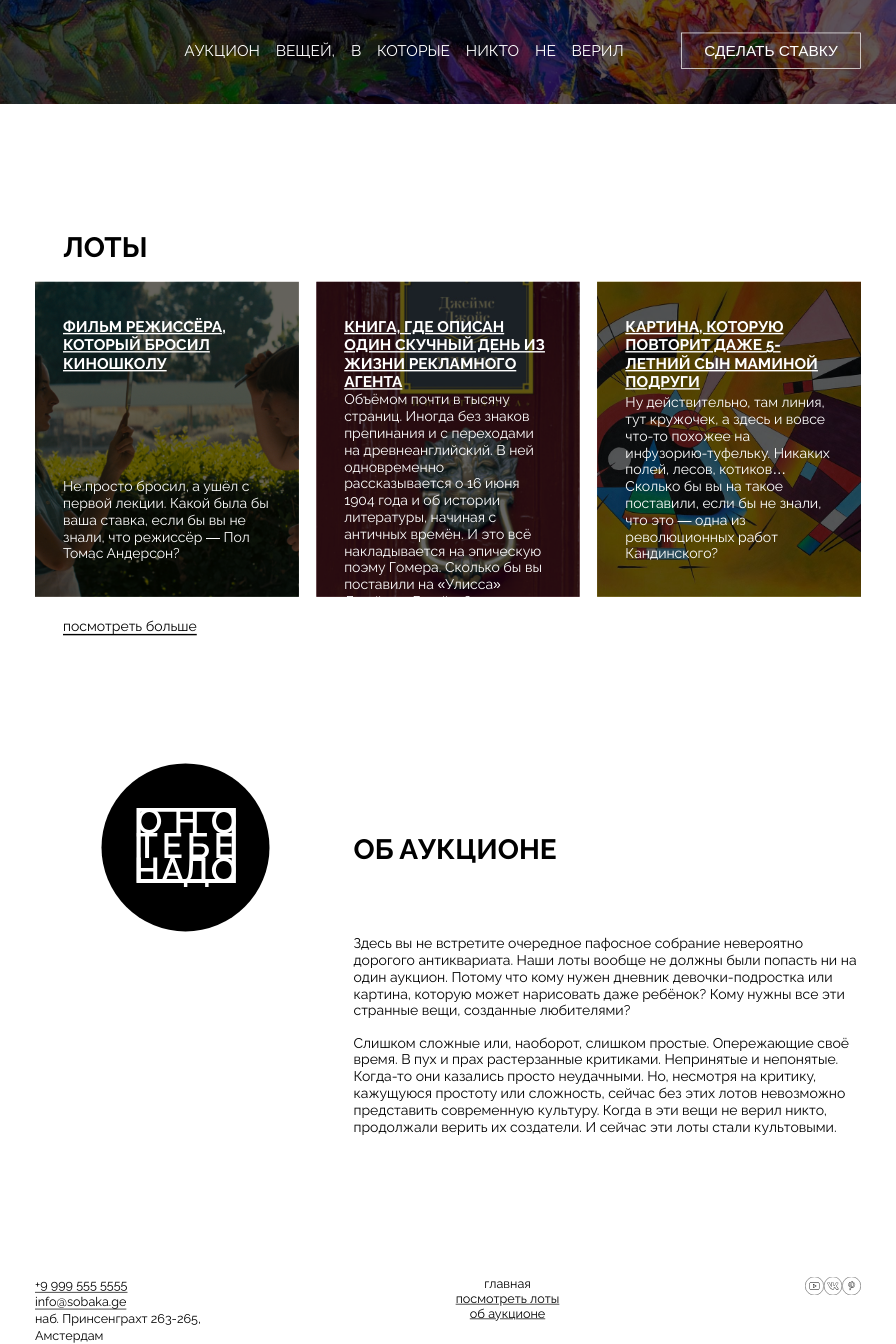
Repository: Hadoooouken/ono-tebe-nado
Page: index.html
An editor plug-in stored every save of this project. The page is shown before and after the next save, followed by the edit.
The browser window is 1280 px wide. The pictures show the part of the page from y = 902 to 2822 px (the page is 2822 px tall), at 70% of full size.

Above is the page before, as saved 2023-11-27 23:09:34.

### index.html
<!DOCTYPE html>
<html lang="ru">
  <head>
    <meta charset="UTF-8" />
    <meta http-equiv="X-UA-Compatible" content="IE=edge" />
    <meta name="viewport" content="width=device-width, initial-scale=1.0" />
    <link rel="stylesheet" href="./fonts/fonts.css" />
    <link rel="stylesheet" href="./styles/global.css" />
    <link rel="stylesheet" href="./styles/style.css" />
    <title>Оно тебе надо — аукцион вещей, в которые никто не верил</title>
  </head>
  <body>
    <header class="header section">
      <nav class="header__menu">
        <ul>
          <li class="header__links-list-item_no-bullit">
            <a href="#">главная</a>
          </li>
          <li><a href="#">посмотреть лоты</a></li>
          <li><a href="#">об аукционе</a></li>
        </ul>
      </nav>

      <div class="header__logo">
        <img src="/images/logo-black.svg" alt="Логотип" />
      </div>

      <div class="header__address">
        <div><a href="tel:+99995555555">+9 999 555 5555</a></div>
        <div><a href="mailto:info@sobaka.ge">info@sobaka.ge</a></div>
        <div>наб. Принсенграхт 263-265, Амстердам</div>
      </div>
    </header>

    <main>
      <section class="cover">
        <div class="overlay"></div>
        <h1 class="cover__title">
          <span class="align_left">он<span>о</span></span>
          <span class="align_center">теб<span>е</span></span>
          <span class="align_right"><span>н</span>адо</span>
        </h1>
        <div class="cover__description">
          <p class="divcover__description-text">
            Аукцион вещей, в которые никто не верил
          </p>
          <button class="bet-button">сделать ставку</button>
        </div>
      </section>

      <section class="lots section">
        <h2 class="lots__heading">лоты</h2>
        <ul class="lots__card-list">
          <li class="lots__card-list-item card_type_film">
            <div class="overlay"></div>
            <a class="card-link" href="#">
              <h3 class="card__title">
                Фильм режиссёра, который бросил киношколу
              </h3>
              <article class="card">
                <p class="card__text">
                  Не просто бросил, а ушёл с первой лекции. Какой была бы ваша
                  ставка, если бы вы не знали, что режиссёр — Пол Томас
                  Андерсон?
                </p>
              </article>
            </a>
          </li>
          <li class="lots__card-list-item card_type_book">
            <div class="overlay"></div>
            <a class="card-link" href="#">
              <h3 class="card__title">
                Книга, где описан один скучный день из жизни рекламного агента
              </h3>
              <article class="card">
                <p class="card__text">
                  Объёмом почти в тысячу страниц. Иногда без знаков препинания и
                  с переходами на древнеанглийский. В ней одновременно
                  рассказывается о 16 июня 1904 года и об истории литературы,
                  начиная с античных времён. И это всё накладывается на
                  эпическую поэму Гомера. Сколько бы вы поставили на «Улисса»
                  Джеймса Джойса?
                </p>
              </article>
            </a>
          </li>
          <li class="lots__card-list-item card_type_picture">
            <div class="overlay"></div>
            <a class="card-link" href="#">
              <h3 class="card__title">
                Картина, которую повторит даже 5-летний сын маминой подруги
              </h3>
              <article class="card">
                <p class="card__text">
                  Ну действительно, там линия, тут кружочек, а здесь и вовсе
                  что-то похожее на инфузорию-туфельку. Никаких полей, лесов,
                  котиков… Сколько бы вы на такое поставили, если бы не знали,
                  что это — одна из революционных работ Кандинского?
                </p>
              </article>
            </a>
          </li>
        </ul>
        <a class="lots__look-more-link" href="#">посмотреть больше</a>
      </section>

      <section class="about section">
        <div class="about__left-column">
          <div class="about__logo">
            <img src="/images/logo-white.svg" alt="Логотип" />
          </div>
        </div>

        <div class="about__right-column">
          <h2 class="about__title">об аукционе</h2>
          <p class="about__text">
            Здесь вы не встретите очередное пафосное собрание невероятно
            дорогого антиквариата. Наши лоты вообще не должны были попасть ни на
            один аукцион. Потому что кому нужен дневник девочки-подростка или
            картина, которую может нарисовать даже ребёнок? Кому нужны все эти
            странные вещи, созданные любителями?
          </p>
          <p class="about__text">
            Слишком сложные или, наоборот, слишком простые. Опережающие своё
            время. В пух и прах растерзанные критиками. Непринятые и непонятые.
            Когда-то они казались просто неудачными. Но, несмотря на критику,
            кажущуюся простоту или сложность, сейчас без этих лотов невозможно
            представить современную культуру. Когда в эти вещи не верил никто,
            продолжали верить их создатели. И сейчас эти лоты стали культовыми.
          </p>
        </div>
      </section>
    </main>
    <section class="footer section">
      <div class="footer__address">
        <div><a href="tel:+99995555555">+9 999 555 5555</a></div>
        <div><a href="mailto:info@sobaka.ge">info@sobaka.ge</a></div>
        <div>наб. Принсенграхт 263-265, Амстердам</div>
      </div>

      <div class="footer__menu-list">
        <nav class="">
          <ul class="footer__menu-list-item">
            <li class="footer__menu-link_active">
              <a href="#">главная</a>
            </li>
            <li><a href="#">посмотреть лоты</a></li>
            <li><a href="#">об аукционе</a></li>
          </ul>
        </nav>
      </div>

      <div class="footer__social-list">
        <ul class="footer__social-list-item">
          <li>
            <img src="/images/yt.svg" alt="ютуб" />
          </li>
          <li>
            <img src="/images/vk.svg" alt="вконтакте" />
          </li>
          <li>
            <img src="/images/pinterest.svg" alt="пинтерест" />
          </li>
        </ul>
      </div>
    </section>
  </body>
</html>

### styles/global.css
*,
*::before,
*::after {
  box-sizing: border-box;
}

body {
  min-width: 1100px;
  margin: 0;
  font-family: Raleway, sans-serif;
  line-height: 24px;
}

h1,
h2,
h3,
h4,
h5,
h6,
p,
ul,
ol,
li,
blockquote {
  margin: 0;
  padding: 0;
}

a {
  color: inherit;
}

img {
  width: 100%;
}

### styles/style.css
.header {
  display: flex;
  justify-content: space-between;
  height: 294px;
  align-items: center;
  font-weight: 400;
  font-size: 18px;
  font-style: normal;
  text-underline-offset: 4px;
}

.header__menu,
.header__address {
  width: 400px;
}

.header__menu ul {
  display: flex;
  gap: 32px;
  list-style-type: circle;
  display: inline-flex;
}

.header__links-list-item_no-bullit a {
  text-decoration: none;
}

li.header__links-list-item_no-bullit {
  list-style-type: none;
}

.header__logo {
  width: 138px;
}

.header__address {
  padding-left: 160px;
}

.section {
  padding-left: 50px;
  padding-right: 50px;
}

.cover {
  background-image: url(/images/cover.jpg);
  background-repeat: no-repeat;
  background-size: cover;
  background-position: center;
  position: relative;
  z-index: 1;
}

.cover__title {
  display: flex;
  flex-direction: column;
  font-size: 100px;
  font-weight: 700;
  text-transform: uppercase;
  color: #fff;
  font-style: normal;
  position: relative;
  line-height: 115px;
  letter-spacing: 30px;
  z-index: 2;
  padding-top: 165px;
  padding-left: 50px;
  padding-right: 20px;
  gap: 20px;
}

.cover__title > span {
  display: block;
}

.overlay {
  top: 0;
  bottom: 0;
  right: 0;
  left: 0;
  background-color: rgba(0, 0, 0, 0.6);
  position: absolute;
  z-index: 0;
}

.align_left {
  text-align: left;
}

.align_center {
  text-align: center;
  line-height: 100px;
  padding-right: 60px;
}
.align_right {
  text-align: right;
  line-height: 100px;
}

.align_left span {
  margin-left: 31px;
}

.align_center span {
  margin-left: 31px;
}

.align_right span {
  margin-right: 30px;
}

.cover__description {
  display: flex;
  justify-content: end;
  flex-shrink: 0;
  padding: 134px 50px 50px;
  gap: 82px;
  align-items: center;
}

.divcover__description-text {
  color: #fff;
  font-size: 22px;
  font-style: normal;
  font-weight: 400;
  line-height: 28px;
  word-spacing: 17px;
  position: relative;
  text-transform: uppercase;
  z-index: 2;
}

.bet-button {
  background-color: transparent;
  border: 1px solid #fff;
  color: #fff;
  font-size: 22px;
  font-style: normal;
  font-weight: 400;
  line-height: normal;
  text-transform: uppercase;
  z-index: 2;
  width: 257px;
  height: 52px;
  padding: 10px 30px;
}

.lots {
  padding-top: 180px;
}

.lots__heading {
  padding-left: 40px;
  color: #000;
  font-size: 40px;
  font-style: normal;
  font-weight: 700;
  line-height: normal;
  text-transform: uppercase;
}

.lots__card-list {
  display: flex;
  padding-top: 27px;
  list-style-type: none;
  gap: 25px;
  margin-bottom: 30px;
}
.lots__card-list-item {
  display: flex;
  flex-grow: 1;
  flex-basis: 0;
  height: 450px;
  background-size: cover;
  padding: 50px 40px;
  position: relative;
}

.card_type_film {
  background-image: url(/images/card-lot-01.jpg);
}

.card_type_book {
  background-image: url(/images/card-lot-02.jpg);
}

.card_type_picture {
  background-image: url(/images/card-lot-03.jpg);
}

.card__title {
  color: #fff;
  font-size: 22px;
  font-style: normal;
  font-weight: 700;
  line-height: 120%;
  text-transform: uppercase;
  text-decoration: underline;
}

.card-link {
  display: flex;
  justify-content: space-between;
  flex-direction: column;
  text-decoration: none;
  position: relative;
  z-index: 1;
}

.card__text {
  color: #fff;
  font-size: 20px;
  font-style: normal;
  font-weight: 400;
  line-height: 120%;
}

.lots__look-more-link{
  color: #000;
  font-size: 20px;
  font-weight: 400;
  padding-left: 40px;
  text-underline-offset: 4px;
}

.about {
  display: flex;
  padding-top: 182px;
  border-radius: 10px;
}

.about__logo{
  background-color: #000;
  border-radius: 50%;
  width: 240px;
  height: 240px;
  padding:63px 46px;
}

.about__title{
  color: #000;
  font-size: 40px;
  font-weight: 700;
  line-height: normal;
  text-transform: uppercase;
  margin-bottom: 100px;
}

.about__text {
  color: #000;
  font-size: 20px;
  font-weight: 400;
  line-height: normal;
  margin-bottom: 22px;
}

.about__left-column {
  padding-left: 95px;
  padding-right: 95px;
}

.about__right-column {
  padding-top: 98px;
  padding-left: 25px;
}

.footer {
  padding-top: 180px;
  display: flex;
  justify-content: space-between;



}

.footer__address {
  color: #000;
  font-size: 18px;
  font-style: normal;
  font-weight: 400;
  line-height: 24.3px;
  text-underline-offset: 4px;
  width: 250px;

}

.footer__menu-list {
  color: #000;
  font-size: 18px;
  font-style: normal;
  font-weight: 400;
  line-height: normal;
  text-align: center;


}
.footer__menu-list-item{
  list-style-type: none;


}

.footer__menu-link_active a {
  text-decoration: none;
}

.footer__social-list{


}

.footer__social-list-item{
  list-style-type: none;
  display: flex;
  flex-direction: row;
  width: 80px;
  height: 48px;

}

Loaded but not shown: fonts/fonts.css (common file)

After the next save:
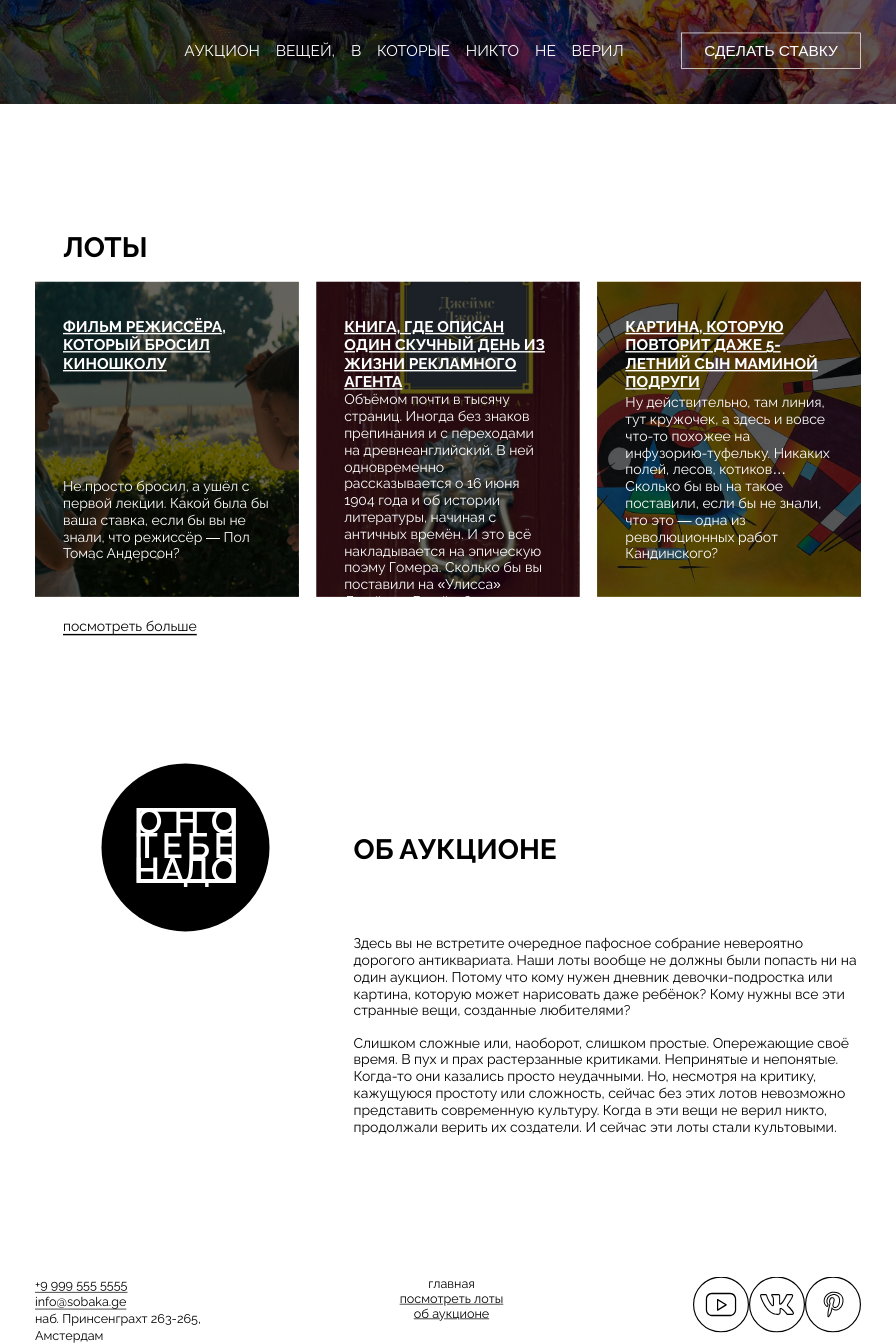
Saved 2 min 32 s later.
--- a/styles/style.css
+++ b/styles/style.css
@@ -313,7 +313,7 @@
   list-style-type: none;
   display: flex;
   flex-direction: row;
-  width: 80px;
+  width: 240px;
   height: 48px;
 
 }
